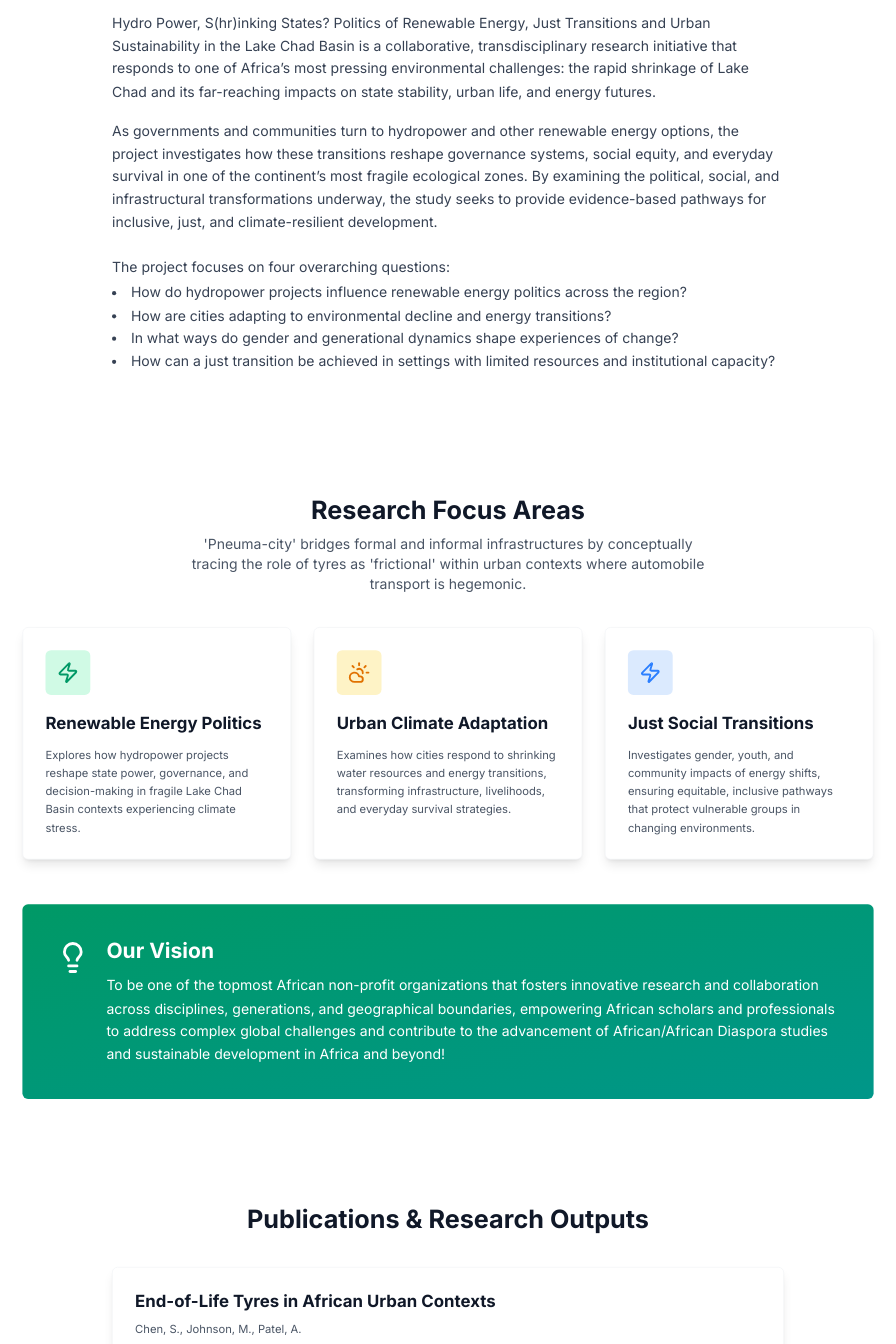
Repository: tiossdav/codesria
Page: /
The author's editor kept a copy of each file at every save. The page is drawn from the files as they stood at one save, then again after the next save.
The browser window is 1280 px wide. The pictures show the part of the page from y = 927 to 2847 px (the page is 5119 px tall), at 70% of full size.
The project was rebuilt for these pictures with package versions that can differ from the ones it lists, and the page was loaded fresh each time. Also part of the build but not shown: vite.config.ts.

Above is the page before, as saved 2025-11-19 20:19:58.

### index.html
<!DOCTYPE html>
<html lang="en">
  <head>
    <meta charset="UTF-8" />
    <link rel="icon" type="image/svg+xml" href="/vite.svg" />
    <link href="/src/App.css" rel="stylesheet" />
    <link rel="preconnect" href="https://fonts.googleapis.com" />
    <link rel="preconnect" href="https://fonts.gstatic.com" crossorigin />
    <link
      href="https://fonts.googleapis.com/css2?family=Caveat:wght@400..700&family=Inter:ital,opsz,wght@0,14..32,100..900;1,14..32,100..900&family=Lobster&family=Raleway:ital,wght@0,100..900;1,100..900&display=swap"
      rel="stylesheet"
    />
    <meta name="viewport" content="width=device-width, initial-scale=1.0" />
    <title>codesria</title>
  </head>
  <body>
    <div id="root"></div>
    <script type="module" src="/src/main.tsx"></script>
  </body>
</html>

### src/App.css
@import "tailwindcss";

@theme {
  --font-inter: "Inter", sans-serif;
  --font-caveat: "Caveat", cursive;
  --font-lobster: "Lobster", cursive;
  --font-raleway: "Raleway", sans-serif;
}

### src/App.tsx
import { Route, Switch } from "wouter";
import Header from "./components/layout/Header";
import Footer from "./components/layout/Footer";
import Home from "./pages/Home";
import About from "./pages/About";
import Research from "./pages/Research";
import Team from "./pages/Team";
import Publications from "./pages/Publications";
import Contact from "./pages/Contact";

export default function App() {
  return (
    <div className="min-h-screen bg-white flex flex-col">
      <Header />

      <div className="flex-1">
        <Switch>
          <Route path="/" component={Home} />
          <Route path="/obj" component={About} />
          <Route path="/research" component={Research} />
          <Route path="/team" component={Team} />
          <Route path="/publications" component={Publications} />
          <Route path="/contact" component={Contact} />

          {/* 404 Route */}
          <Route>
            <div className="min-h-screen flex items-center justify-center">
              <div className="text-center">
                <h1 className="text-4xl font-bold text-gray-900 mb-4">404</h1>
                <p className="text-gray-600">Page not found</p>
              </div>
            </div>
          </Route>
        </Switch>
      </div>

      <Footer />
    </div>
  );
}

### src/components/layout/Header.tsx
import { useState } from "react";
import { Link, useLocation } from "wouter";
import { Menu, X } from "lucide-react";

type NavLink = {
  title: string;
  href: string;
};

const navlinks: NavLink[] = [
  { title: "Home", href: "/" },
  { title: "Aim & Objectives", href: "/obj" },
  { title: "Research", href: "/research" },
  { title: "Team", href: "/team" },
  { title: "Publications", href: "/publications" },
  { title: "Contact", href: "/contact" },
];

export default function Header() {
  const [location] = useLocation();
  const [open, setOpen] = useState(false);

  return (
    <nav className="bg-white shadow-sm fixed w-full top-0 z-50 border-b border-gray-200">
      <div className="max-w-7xl mx-auto px-4 sm:px-6 lg:px-4">
        <div className="flex justify-between items-center h-20">
          {/* Logo */}
          <Link href="/">
            <span className="font-caveat text-3xl text-gray-900 font-bold cursor-pointer">
              JustEnergyAfrica
            </span>
          </Link>

          {/* Desktop Menu */}
          <div className="hidden md:flex items-center font-inter space-x-8">
            {navlinks.map((nav, index) => (
              <Link
                key={index}
                href={nav.href}
                className={`text-[16px] font-medium transition-colors ${
                  location === nav.href
                    ? "text-slate-900"
                    : "text-slate-600 hover:text-slate-900"
                }`}
              >
                {nav.title}
              </Link>
            ))}
          </div>

          {/* Mobile Menu Button */}
          <button
            className="md:hidden p-2 rounded-md focus:outline-none"
            onClick={() => setOpen(!open)}
          >
            {open ? <X className="w-6 h-6" /> : <Menu className="w-6 h-6" />}
          </button>
        </div>
      </div>

      {/* Mobile Dropdown */}
      {open && (
        <div className="md:hidden bg-white border-t border-gray-200 shadow-sm font-inter">
          <ul className="flex flex-col p-4 space-y-4">
            {navlinks.map((nav, index) => (
              <Link
                key={index}
                href={nav.href}
                onClick={() => setOpen(false)}
                className={`text-[16px] font-medium ${
                  location === nav.href
                    ? "text-slate-900"
                    : "text-slate-600 hover:text-slate-900"
                }`}
              >
                {nav.title}
              </Link>
            ))}
          </ul>
        </div>
      )}
    </nav>
  );
}

### src/components/layout/Footer.tsx
function Footer() {
  return (
    <footer className="bg-gray-900 text-white py-12 mt-20">
      <div className="max-w-7xl mx-auto px-4 sm:px-6 lg:px-8">
        <div className="text-center mb-6">
          <p className="text-gray-300 mb-2">Funded by the British Academy</p>
          <p className="text-gray-400 text-sm">
            Part of the GCRF 'Urban Infrastructures of Well-Being' research
            programme
          </p>
        </div>
        <div className="text-center pt-6 border-t border-gray-700">
          <p className="text-gray-400">
            © 2024 Pneuma-City Research Project. All rights reserved.
          </p>
        </div>
      </div>
    </footer>
  );
}

export default Footer;

### src/pages/Home.tsx
import { useLocation } from "wouter";
import power from "../assets/power.jpg";
import About from "./About";
import Research from "./Research";
import Publications from "./Publications";
import Team from "./Team";
import Contact from "./Contact";

export default function Home() {
  const [, setLocation] = useLocation();

  return (
    <>
      {/* Hero Section */}
      <div className="relative h-screen mt-20 font-inter">
        <div className="absolute inset-0">
          <img
            src={power}
            alt="Urban African street"
            className="w-full h-full object-cover"
          />
          <div className="absolute inset-0 bg-black opacity-50"></div>
        </div>

        <div className="relative h-full flex items-center px-4">
          <div className="max-w-7xl mx-auto w-full">
            <div className="max-w-3xl">
              <h1 className="text-4xl md:text-5xl font-bold text-white mb-6 leading-tight">
                Hydro-Power S(hr)inking State: Renewable energy in Lake Chad
              </h1>
              <p className="text-xl md:text-2xl text-gray-100 mb-8 leading-relaxed">
                This research explores Lake Chad’s environmental crisis,
                analyzing hydropower, urban adaptation, gender equity, and just
                transition through comparative, mixed-method studies across Chad
                and Nigeria to inform inclusive, sustainable governance and
                development.
              </p>
              <div className="flex flex-col sm:flex-row gap-4">
                <button
                  onClick={() => setLocation("/obj")}
                  className="bg-emerald-600 hover:bg-emerald-700 text-white px-8 py-4 rounded-md font-semibold text-lg transition-colors"
                >
                  Learn More
                </button>
                <button
                  onClick={() => setLocation("/research")}
                  className="bg-white/10 backdrop-blur-sm hover:bg-white/20 border-2 border-white text-white px-8 py-4 rounded-md font-semibold text-lg transition-all"
                >
                  Our Research
                </button>
              </div>
            </div>
          </div>
        </div>
      </div>

      {/* All Sections Below Hero */}
      <About />
      <Research />
      <Publications />
      <Team />
      <Contact />
    </>
  );
}

### src/pages/About.tsx
function About() {
  return (
    <div className="max-w-5xl mx-auto mt-8 px-4 sm:px-6 lg:px-8 py-10 font-inter">
      <h2 className="text-4xl font-bold text-gray-900 mb-8">About</h2>
      <div className="prose prose-lg max-w-none">
        <p className="text-xl text-gray-700 leading-relaxed mb-6">
          Hydro Power, S(hr)inking States? Politics of Renewable Energy, Just
          Transitions and Urban Sustainability in the Lake Chad Basin is a
          collaborative, transdisciplinary research initiative that responds to
          one of Africa’s most pressing environmental challenges: the rapid
          shrinkage of Lake Chad and its far-reaching impacts on state
          stability, urban life, and energy futures.
        </p>
        <p className="text-xl text-gray-700 leading-relaxed mb-8">
          As governments and communities turn to hydropower and other renewable
          energy options, the project investigates how these transitions reshape
          governance systems, social equity, and everyday survival in one of the
          continent’s most fragile ecological zones. By examining the political,
          social, and infrastructural transformations underway, the study seeks
          to provide evidence-based pathways for inclusive, just, and
          climate-resilient development.
        </p>
        <p className="text-xl text-gray-700 leading-relaxed mb-1">
          The project focuses on four overarching questions:
        </p>
        <ul className="list-disc list-inside mb-6 text-xl text-gray-700 leading-relaxed ">
          <li>
            How do hydropower projects influence renewable energy politics
            across the region?
          </li>
          <li>
            How are cities adapting to environmental decline and energy
            transitions?
          </li>
          <li>
            In what ways do gender and generational dynamics shape experiences
            of change?
          </li>
          <li>
            How can a just transition be achieved in settings with limited
            resources and institutional capacity?
          </li>
        </ul>

        {/* <div className="bg-emerald-50 border-l-4 border-emerald-600 p-6 my-8">
          <p className="text-gray-800 italic">
            This project is funded by the British Academy and is part of the
            wider GCRF 'Urban Infrastructures of Well-Being' research programme.
          </p>
        </div> */}
      </div>
    </div>
  );
}

export default About;

### src/pages/Research.tsx
import { CloudSun, Globe, Lightbulb, Recycle, Users, Zap } from "lucide-react";

function Research() {
  return (
    <div className="max-w-7xl mx-auto mt-8 px-4 sm:px-6 lg:px-8 py-20 font-inter">
      <h2 className="text-4xl font-bold text-gray-900 mb-4 text-center">
        Research Focus Areas
      </h2>
      <p className="text-xl text-gray-600 mb-12 text-center max-w-3xl mx-auto">
        'Pneuma-city' bridges formal and informal infrastructures by
        conceptually tracing the role of tyres as 'frictional' within urban
        contexts where automobile transport is hegemonic.
      </p>

      <div className="grid md:grid-cols-3 gap-8 mb-16">
        <div className="bg-white p-8 rounded-lg shadow-lg border border-gray-100 hover:shadow-xl transition-shadow">
          <div className="bg-emerald-100 w-16 h-16 rounded-lg flex items-center justify-center mb-6">
            <Zap className="h-8 w-8 text-emerald-600" />
          </div>
          <h3 className="text-2xl font-bold text-gray-900 mb-4">
            Renewable Energy Politics
          </h3>
          <p className="text-gray-600 leading-relaxed">
            Explores how hydropower projects reshape state power, governance,
            and decision-making in fragile Lake Chad Basin contexts experiencing
            climate stress.
          </p>
        </div>

        <div className="bg-white p-8 rounded-lg shadow-lg border border-gray-100 hover:shadow-xl transition-shadow">
          <div className="bg-amber-100 w-16 h-16 rounded-lg flex items-center justify-center mb-6">
            <CloudSun className="h-8 w-8 text-amber-600" />
          </div>
          <h3 className="text-2xl font-bold text-gray-900 mb-4">
            Urban Climate Adaptation
          </h3>
          <p className="text-gray-600 leading-relaxed">
            Examines how cities respond to shrinking water resources and energy
            transitions, transforming infrastructure, livelihoods, and everyday
            survival strategies.
          </p>
        </div>

        <div className="bg-white p-8 rounded-lg shadow-lg border border-gray-100 hover:shadow-xl transition-shadow">
          <div className="bg-blue-100 w-16 h-16 rounded-lg flex items-center justify-center mb-6">
            <Zap className="h-8 w-8 text-blue-500" />
          </div>
          <h3 className="text-2xl font-bold text-gray-900 mb-4">
            Just Social Transitions
          </h3>
          <p className="text-gray-600 leading-relaxed">
            Investigates gender, youth, and community impacts of energy shifts,
            ensuring equitable, inclusive pathways that protect vulnerable
            groups in changing environments.
          </p>
        </div>
      </div>

      <div className="bg-linear-to-br from-emerald-600 to-teal-600 rounded-lg p-12 text-white">
        <div className="flex items-start">
          <Lightbulb className="h-12 w-12 mr-6 shrink-0 mt-1" />
          <div>
            <h3 className="text-3xl font-bold mb-4">Our Vision</h3>
            <p className="text-xl leading-relaxed">
              To be one of the topmost African non-profit organizations that
              fosters innovative research and collaboration across disciplines,
              generations, and geographical boundaries, empowering African
              scholars and professionals to address complex global challenges
              and contribute to the advancement of African/African Diaspora
              studies and sustainable development in Africa and beyond!
            </p>
          </div>
        </div>
      </div>
    </div>
  );
}

export default Research;

### src/pages/Team.tsx
const teamMembers = [
  {
    name: "Dr. Sarah Chen",
    role: "Principal Investigator",
    image:
      "https://images.unsplash.com/photo-1573496359142-b8d87734a5a2?w=400&h=400&fit=crop",
    bio: "Expert in sustainable urban development and environmental engineering",
  },
  {
    name: "Dr. Marcus Johnson",
    role: "Co-Investigator",
    image:
      "https://images.unsplash.com/photo-1560250097-0b93528c311a?w=400&h=400&fit=crop",
    bio: "Specializes in social sciences and informal economies research",
  },
  {
    name: "Dr. Aisha Patel",
    role: "Research Fellow",
    image:
      "https://images.unsplash.com/photo-1580489944761-15a19d654956?w=400&h=400&fit=crop",
    bio: "Focus on gender studies and urban livelihoods",
  },
  {
    name: "Alex Rivera",
    role: "Research Assistant",
    image:
      "https://images.unsplash.com/photo-1519345182560-3f2917c472ef?w=400&h=400&fit=crop",
    bio: "Researching circular economy models and waste management systems",
  },
];

function Team() {
  return (
    <div className="max-w-7xl mx-auto mt-8 px-4 sm:px-6 lg:px-8 py-10 font-inter">
      <h2 className="text-4xl font-bold text-gray-900 mb-4 text-center">
        Meet Our Team
      </h2>
      {/* <p className="text-xl text-gray-600 mb-12 text-center max-w-3xl mx-auto">
        Our interdisciplinary team combines expertise from engineering, social
        sciences, gender studies, and environmental sustainability
      </p> */}
      <div className="grid md:grid-cols-2 lg:grid-cols-4 gap-8">
        {teamMembers.map((member, index) => (
          <div
            key={index}
            className="bg-white rounded-lg shadow-lg overflow-hidden border border-gray-100 hover:shadow-xl transition-shadow"
          >
            <img
              src={member.image}
              alt={member.name}
              className="w-full h-64 object-cover"
            />
            <div className="p-6">
              <h3 className="text-xl font-bold text-gray-900 mb-1">
                {member.name}
              </h3>
              <p className="text-emerald-600 font-semibold mb-3">
                {member.role}
              </p>
              <p className="text-gray-600 text-sm leading-relaxed">
                {member.bio}
              </p>
            </div>
          </div>
        ))}
      </div>
    </div>
  );
}

export default Team;

### src/pages/Publications.tsx
import { ExternalLink } from "lucide-react";

const publications = [
  {
    title: "End-of-Life Tyres in African Urban Contexts",
    authors: "Chen, S., Johnson, M., Patel, A.",
    journal: "Environmental Science & Policy",
    year: "2024",
    link: "#",
  },
  {
    title: "Gendered Informal Economies: Tyre Repair Work in Lagos",
    authors: "Patel, A., Johnson, M., Chen, S.",
    journal: "Urban Studies",
    year: "2024",
    link: "#",
  },
  {
    title: "Circular Economy Solutions for Urban Waste",
    authors: "Chen, S., Rivera, A.",
    journal: "Sustainability Journal",
    year: "2023",
    link: "#",
  },
];

function Publications() {
  return (
    <div className="max-w-5xl mx-auto mt-8 px-4 sm:px-6 lg:px-8 py-10 font-inter">
      <h2 className="text-4xl font-bold text-gray-900 mb-12 text-center">
        Publications & Research Outputs
      </h2>
      <div className="space-y-6">
        {publications.map((pub, index) => (
          <div
            key={index}
            className="bg-white p-8 rounded-lg shadow-lg border border-gray-100 hover:shadow-xl transition-shadow"
          >
            <h3 className="text-2xl font-bold text-gray-900 mb-3">
              {pub.title}
            </h3>
            <p className="text-gray-600 mb-2">{pub.authors}</p>
            <p className="text-emerald-600 font-semibold mb-4">
              {pub.journal} ({pub.year})
            </p>
            <a
              href={pub.link}
              className="inline-flex items-center text-emerald-600 hover:text-emerald-700 font-medium"
            >
              Read Full Paper <ExternalLink className="ml-2 h-4 w-4" />
            </a>
          </div>
        ))}
      </div>
    </div>
  );
}

export default Publications;

### src/pages/Contact.tsx
import { Mail, Target } from "lucide-react";

function Contact() {
  return (
    <div className="max-w-3xl mx-auto mt-8 px-4 sm:px-6 lg:px-8 py-10 font-inter">
      <h2 className="text-4xl font-bold text-gray-900 mb-4 text-center">
        Get Involved
      </h2>
      <p className="text-xl text-gray-600 mb-12 text-center">
        Interested in collaborating or learning more about our work? We welcome
        inquiries from researchers, practitioners, and community organizations.
      </p>
      <div className="bg-white p-10 rounded-lg shadow-lg border border-gray-100">
        <div className="space-y-8">
          <div className="flex items-start">
            <Mail className="h-6 w-6 text-emerald-600 mt-1 mr-4 shrink-0" />
            <div>
              <h3 className="font-bold text-gray-900 mb-2 text-lg">Email Us</h3>
              <p className="text-gray-600">graduateresearchclinic@gmail.com</p>
            </div>
          </div>

          <div className="flex items-start">
            <Target className="h-6 w-6 text-emerald-600 mt-1 mr-4 shrink-0" />
            <div>
              <h3 className="font-bold text-gray-900 mb-2 text-lg">
                Research Location
              </h3>
              <p className="text-gray-600">Ibadan, Nigeria.</p>
            </div>
          </div>

          <div className="pt-6 border-t border-gray-200">
            <h3 className="font-bold text-gray-900 mb-4 text-lg">
              Collaboration Opportunities
            </h3>
            <p className="text-gray-600 mb-6 leading-relaxed">
              We're open to partnerships with academic institutions, NGOs,
              government agencies, and community organizations working on
              sustainable urban development and circular economy initiatives.
            </p>
            <button className="w-full bg-emerald-600 hover:bg-emerald-700 text-white px-6 py-4 rounded-md font-semibold transition-colors">
              Send Inquiry
            </button>
          </div>
        </div>
      </div>
    </div>
  );
}

export default Contact;

Loaded but not shown: src/main.tsx (common file)

After the next save:
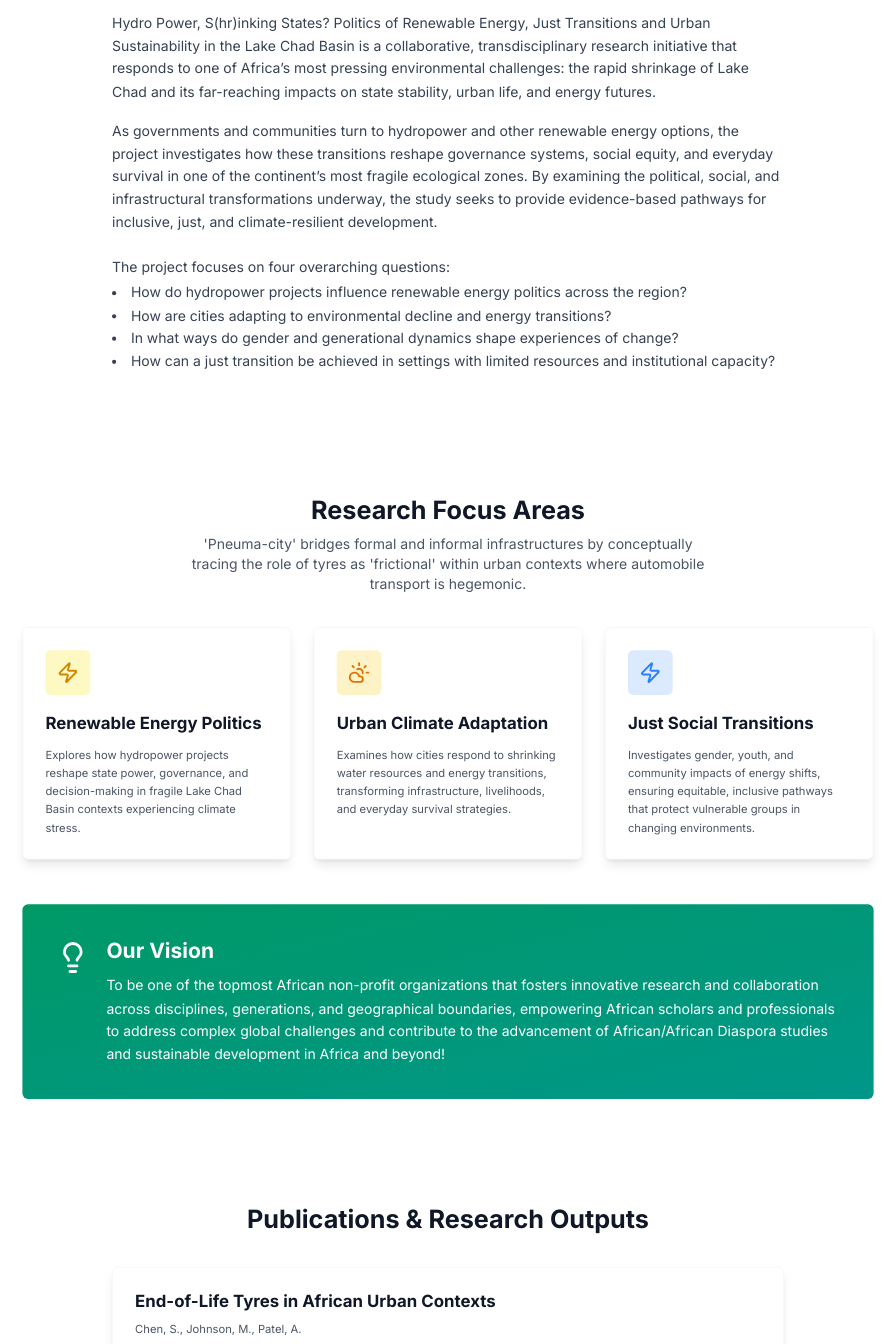
Saved 4 min 1 s later.
--- a/src/pages/Research.tsx
+++ b/src/pages/Research.tsx
@@ -14,8 +14,8 @@ function Research() {
 
       <div className="grid md:grid-cols-3 gap-8 mb-16">
         <div className="bg-white p-8 rounded-lg shadow-lg border border-gray-100 hover:shadow-xl transition-shadow">
-          <div className="bg-emerald-100 w-16 h-16 rounded-lg flex items-center justify-center mb-6">
-            <Zap className="h-8 w-8 text-emerald-600" />
+          <div className="bg-yellow-100 w-16 h-16 rounded-lg flex items-center justify-center mb-6">
+            <Zap className="h-8 w-8 text-yellow-600" />
           </div>
           <h3 className="text-2xl font-bold text-gray-900 mb-4">
             Renewable Energy Politics
